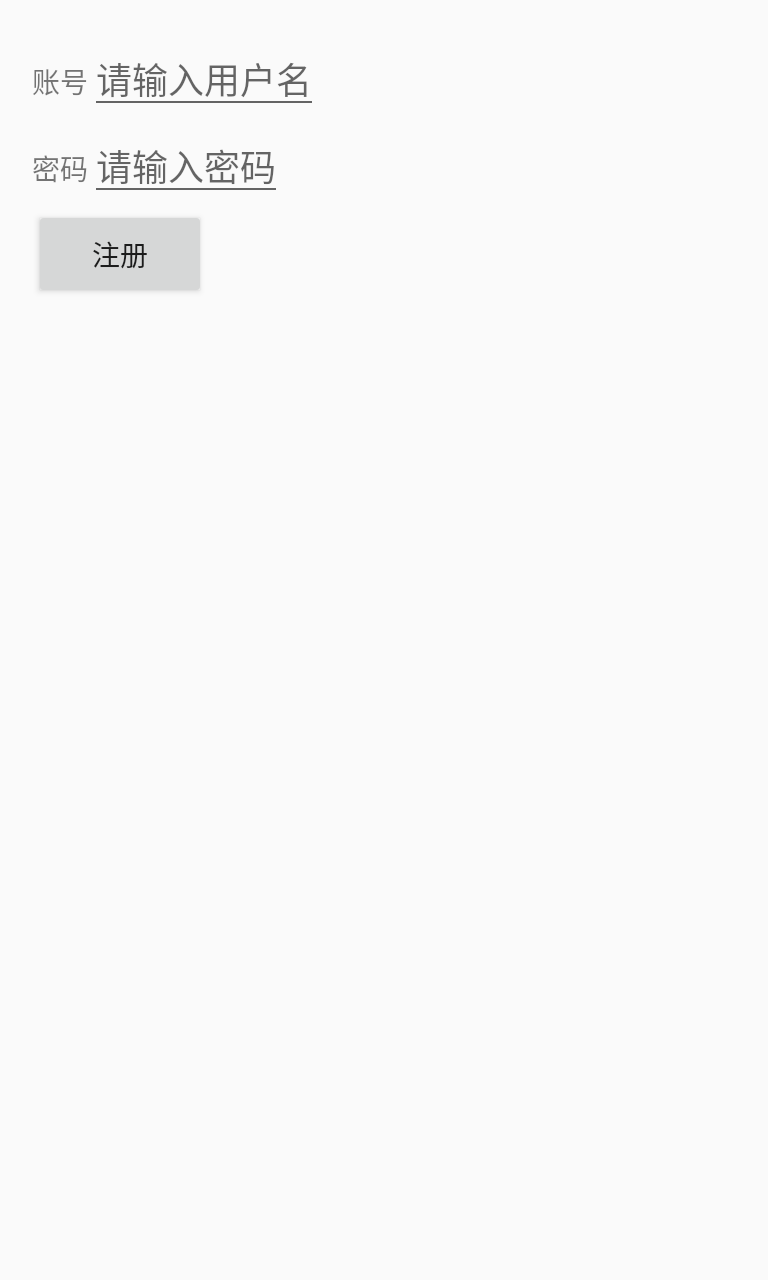
Repository: zzznn/Android_and_java
Layout: work/Day0203/res/layout/activity_main.xml
These files come from the project's save history. The layout is drawn as it stood at one moment and after the next save; the edit follows.
It is drawn on a 768 x 1280 px phone screen (xhdpi) without system bars, with theme AppTheme; the app's code is not run.

Above is the layout before, as saved 2018-01-03 09:38:00.

### work/Day0203/res/layout/activity_main.xml
<LinearLayout xmlns:android="http://schemas.android.com/apk/res/android"
    xmlns:tools="http://schemas.android.com/tools"
    android:layout_width="match_parent"
    android:layout_height="match_parent"
    android:paddingBottom="@dimen/activity_vertical_margin"
    android:paddingLeft="@dimen/activity_horizontal_margin"
    android:paddingRight="@dimen/activity_horizontal_margin"
    android:paddingTop="@dimen/activity_vertical_margin"
    android:orientation="vertical"
    tools:context="com.kevin.day0203.MainActivity" >


    <LinearLayout
        android:layout_width="wrap_content"
        android:layout_height="wrap_content">

    <TextView
        android:id="@+id/tv"
        android:layout_width="wrap_content"
        android:layout_height="wrap_content"
        android:text="账号"/>



    <EditText
        android:id="@+id/et_name"
        android:layout_width="wrap_content"
        android:layout_height="wrap_content"
        android:hint="请输入用户名"
        />
    </LinearLayout>



    <LinearLayout
    	android:layout_width="wrap_content"
        android:layout_height="wrap_content">
    <TextView
        android:id="@+id/tv_sec"
        android:layout_width="wrap_content"
        android:layout_height="wrap_content"
        android:text="密码"/>

    <EditText
        android:id="@+id/et_name1"
        android:layout_width="wrap_content"
        android:layout_height="wrap_content"
        android:inputType="textPassword"
        android:hint="请输入密码"
        />

    </LinearLayout>

    <Button
        android:id="@+id/btn"
        android:layout_width="wrap_content"
        android:layout_height="wrap_content"
        android:text="注册"
        />

</LinearLayout>

Loaded but not shown: work/Day0203/res/values/styles.xml (common file); work/Day0203/res/values-v11/styles.xml (common file); work/Day0203/res/values-v14/styles.xml (common file); work/Day0203/res/values/dimens.xml (common file); work/Day0203/res/values-w820dp/dimens.xml (common file)

After the next save:
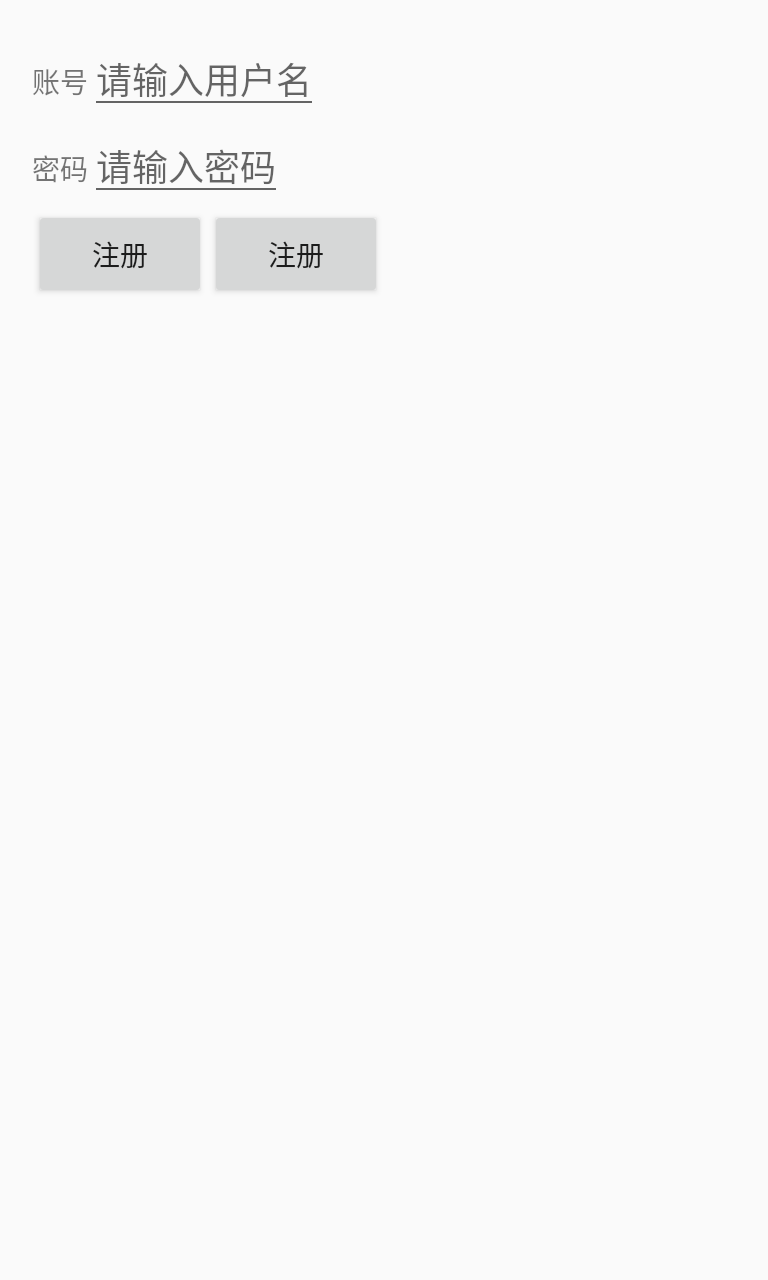
Saved 47 s later.
--- a/work/Day0203/res/layout/activity_main.xml
+++ b/work/Day0203/res/layout/activity_main.xml
@@ -50,6 +50,15 @@
         />
 
     </LinearLayout>
+    <LinearLayout
+    	android:layout_width="wrap_content"
+        android:layout_height="wrap_content">
+    <Button
+        android:id="@+id/btn"
+        android:layout_width="wrap_content"
+        android:layout_height="wrap_content"
+        android:text="注册"
+        />
 
     <Button
         android:id="@+id/btn"
@@ -58,4 +67,6 @@
         android:text="注册"
         />
 
+    </LinearLayout>
+
 </LinearLayout>
